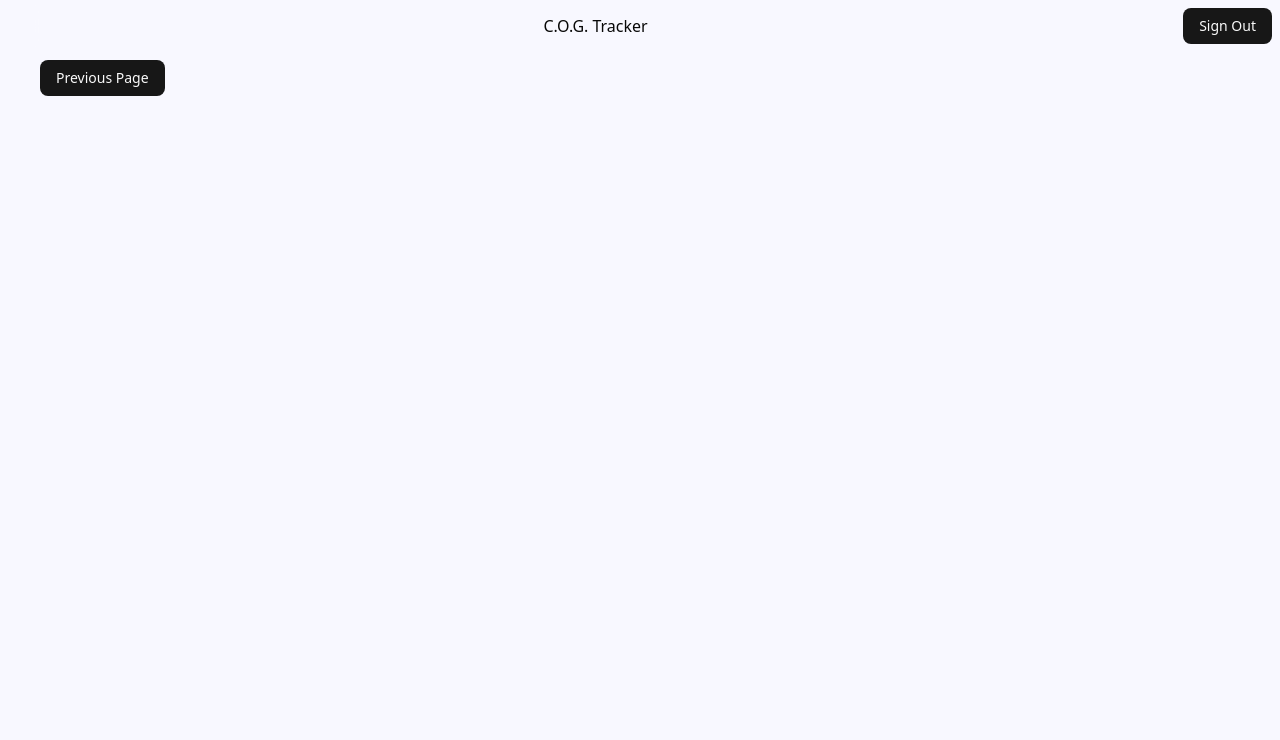
Repository: Renzo-Salosagcol/cog_tracker
Page: /dashboard/add-tracker/add-products
The author's editor kept a copy of each file at every save. The page is drawn from the files as they stood at one save, then again after the next save.
The browser window is 1280 px wide. The pictures show the whole page.
The page's requests for data from a server got no answer. The project was rebuilt for these pictures with package versions that can differ from the ones it lists, and the page was loaded fresh each time. The framework's server and built-in components were replaced by stand-ins that run in the browser. No one was signed in, and anything a server would have sent is missing. Also part of the build but not shown: next.config.ts.

Above is the page before, as saved 2026-01-14 20:48:01.

After the next save:
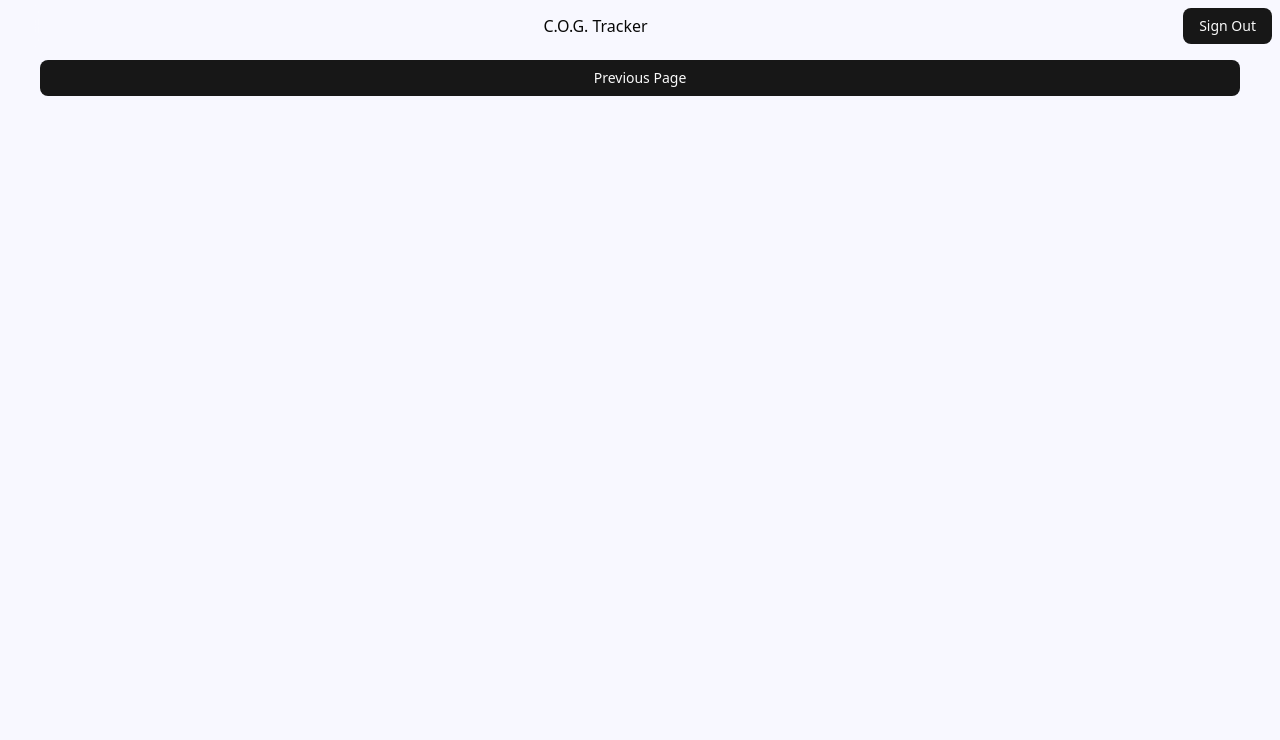
Saved 27 s later.
--- a/app/dashboard/add-tracker/add-products/page.tsx
+++ b/app/dashboard/add-tracker/add-products/page.tsx
@@ -8,9 +8,7 @@
   return (
     <div className=" w-full min-h-screen h-full flex flex-col gap-4 p-10 mt-5">
       <Navbar />
-      <div>
-        <Button>Previous Page</Button>
-      </div>
+      <Button>Previous Page</Button>
     </div>
   );
 }

After the save that followed:
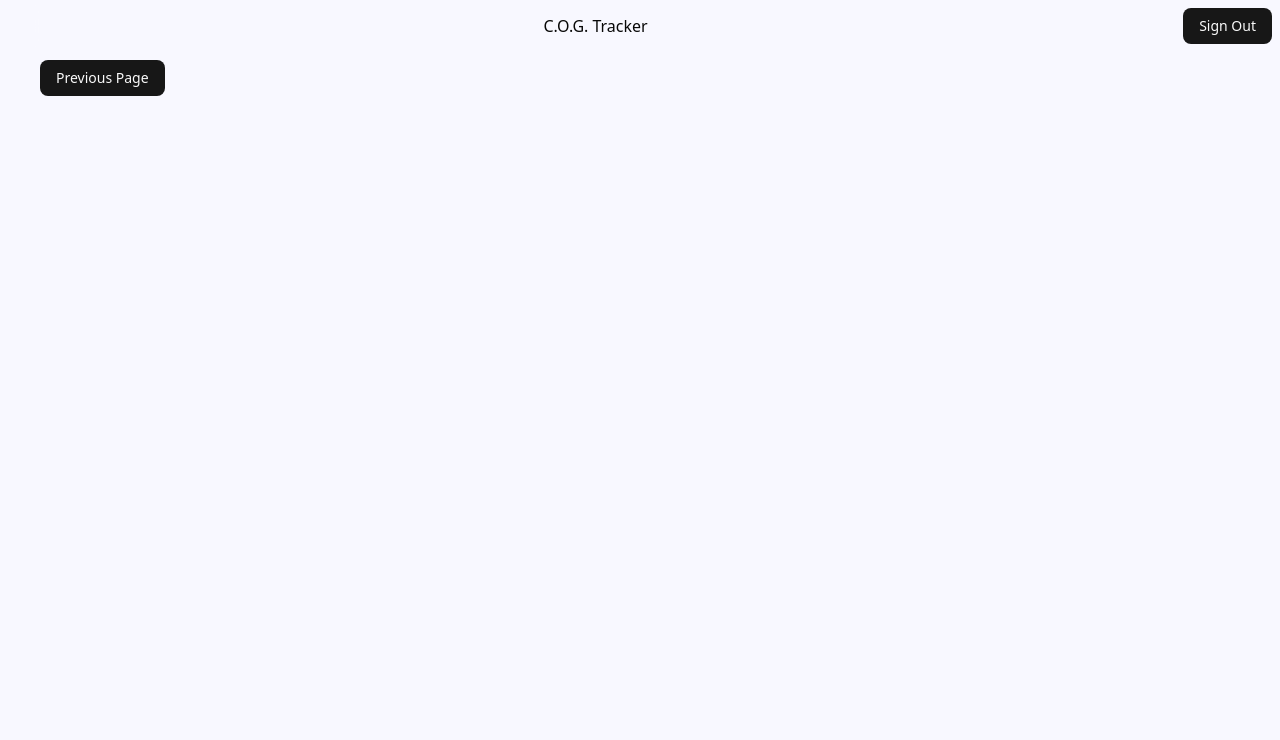
Saved 7 s later.
--- a/app/dashboard/add-tracker/add-products/page.tsx
+++ b/app/dashboard/add-tracker/add-products/page.tsx
@@ -8,7 +8,9 @@
   return (
     <div className=" w-full min-h-screen h-full flex flex-col gap-4 p-10 mt-5">
       <Navbar />
-      <Button>Previous Page</Button>
+      <div>
+        <Button>Previous Page</Button>
+      </div>
     </div>
   );
 }
